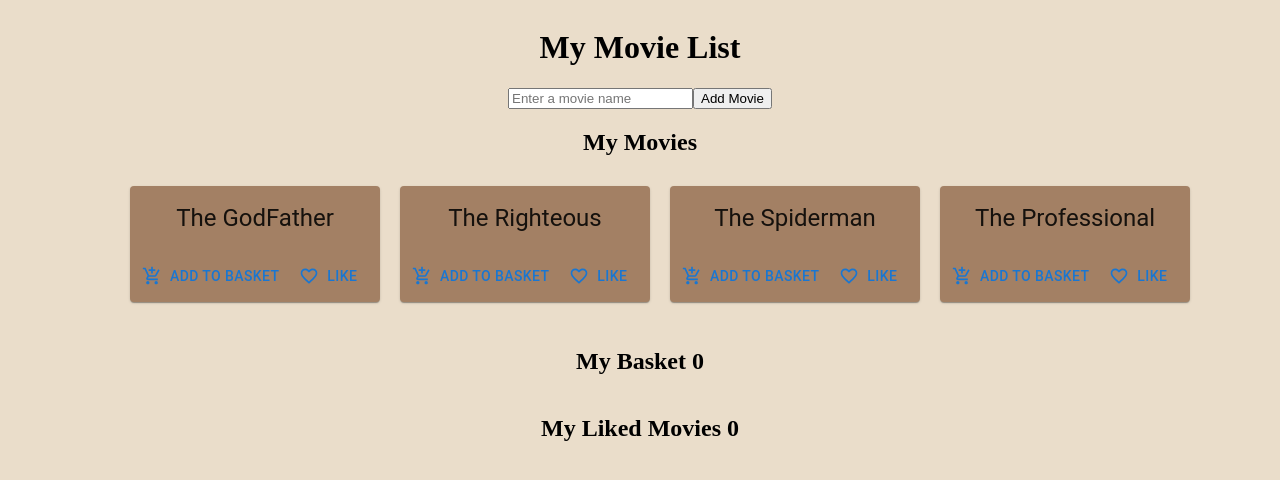
Repository: sinchana-p-iVoyant/redux-movie-store
Page: /
An editor plug-in stored every save of this project. The page is shown before and after the next save, followed by the edit.
The browser window is 1280 px wide. The pictures show the whole page.
The project was rebuilt for these pictures with package versions that can differ from the ones it lists, and the page was loaded fresh each time. Also part of the build but not shown: vite.config.ts.

Above is the page before, as saved 2024-02-15 12:29:15.

### index.html
<!doctype html>
<html lang="en">
  <head>
    <meta charset="UTF-8" />
    <link rel="icon" type="image/svg+xml" href="/vite.svg" />
    <meta name="viewport" content="width=device-width, initial-scale=1.0" />
    <title>Redux Movie Store</title>
  </head>
  <body>
    <div id="root"></div>
    <script type="module" src="/src/main.tsx"></script>
  </body>
</html>

### src/main.tsx
import React from 'react'
import ReactDOM from 'react-dom/client'
import App from './App.tsx'
// import './index.css'
import store from './store/index';
import { Provider } from 'react-redux'


ReactDOM.createRoot(document.getElementById('root')!).render(
  <React.StrictMode>
    <Provider store={store}>
      <App />
    </Provider>
  </React.StrictMode>,
)

### src/App.tsx
import { useState } from "react";
// import './App.css'
import { useSelector, useDispatch } from "react-redux";
import {Movie} from './store/index'
import {Card, CardComponent, CardActions, Button, Typography, CardContent} from '@mui/material'
import { Favorite, FavoriteBorder, AddShoppingCart, RemoveShoppingCart } from "@mui/icons-material";
import './App.css'

const App = () => {
  const [movieTitle, setMovieTitle] = useState("");

  // 🔥 a. To Trigger from UI.
  const dispatch = useDispatch();

  // 🔥 b. To update the UI, based on state updates in the store.

  // movies state (array)
  // const movies = useSelector(state => state.movies)
  // ------> return value: state.movies

  // Note:
  // The function passed to `useSelector` selects a slice of the state that we are interested in.
  // The function parameter specifies the `structure` of the Redux state object.
  // It's `type` annotated in TypeScript to ensure the type safety.
  // specifying the structure of the Redux state object using TypeScript type annotations enhances code quality, readability, and maintainability while providing additional safety checks and tooling support during development.

  const movies = useSelector(
    (state : {
      movies: { title: string; liked: boolean; inBasket: boolean }[];
    }) => state.movies
  );

  // const basket = useSelector((state) => state.basket);
  const basket = useSelector((state: { basket: string[] }) => state.basket);

  // const likedMovies = useSelector((state) => state.likedMovies);
  const likedMovies = useSelector((state: { likedMovies: string[] }) => state.likedMovies);


  // 4. Action Creator
  const handleAddMovie = () => {
    const newMovie = {
      title: movieTitle,
      inBasket: false,
      liked: false
    }
    dispatch({ type: "ADD_MOVIE", payload: newMovie });
    setMovieTitle(""); // Reset back to Empty String
  };

  const handleAddToBasket = (movie: string) => {
    dispatch({ type: "ADD_TO_BASKET", payload: movie });
  };
  const handleAddToLikedMovies = (movie: string) => {
    dispatch({ type: "ADD_TO_LIKED_MOVIE", payload: movie });
  };

  return (
    <div className="container">
      <div>
        <h1>My Movie List</h1>
      </div>
      <div className="add-movie">
        <input
          type="text"
          placeholder="Enter a movie name"
          value={movieTitle}
          onChange={(e) => setMovieTitle(e.target.value)}
        />
        <button onClick={handleAddMovie}>Add Movie</button>
      </div>
      <div>
        <h2>My Movies</h2>
        <ul className="movie-list">
          {movies.map((movie: Movie, index) => (
            <Card key={index} className="movie-card" style={{backgroundColor: "#a38064"}}>
              <CardContent>
                <Typography variant="h5" component='h2'>
                  {movie.title}
                </Typography>
              </CardContent>

              <CardActions>
                <Button
                  startIcon={movie.inBasket ? <RemoveShoppingCart /> : <AddShoppingCart />}
                  onClick={() => handleAddToBasket(movie.title)}>
                  {movie.inBasket ? "Remove From Basket" : "Add To Basket"}
                </Button>
                <Button
                  startIcon={movie.liked ? <Favorite /> : <FavoriteBorder />}
                  onClick={() => handleAddToLikedMovies(movie.title)}>
                  {movie.liked ? "Dislike" : "Like"}
                </Button>
              </CardActions>

            </Card>
          ))}
        </ul>
      </div>
      <div>
        <h2>My Basket {basket.length}</h2>
        <ul>
          {basket.map((basket, index) => (
            <li key={index}>{basket}</li>
          ))}
        </ul>
      </div>
      <div>
        <h2>My Liked Movies {likedMovies.length}</h2>
        <ul>
          {likedMovies.map((likedMovie, index) => (
            <li key={index}>{likedMovie}</li>
          ))}
        </ul>
      </div>
    </div>
  );
};

export default App;

// 1. Save the new movie in the local state.
// 2. Add the new movie in local state to the Store.
// 3. Fetch the movies array, from the store

// 3. a. To display in - My Basket & My Liked Movies

### src/store/index.tsx
import { createStore } from "redux";

export type Movie = {
    title: string,
    inBasket: boolean,
    liked: boolean
}

export type State = {
    movies: Movie[],
    basket: string[],
    likedMovies: string[]
}

type Action =
  | { type: "ADD_MOVIE"; payload: Movie } |
    { type: 'ADD_TO_BASKET', payload: string } |
    { type: "ADD_TO_LIKED_MOVIE", payload: string };

// InitialState
const initialState: State = {
    movies: [
      {title: 'The GodFather', inBasket: false, liked: false},
      {title: 'The Righteous', inBasket: false, liked: false},
      {title: 'The Spiderman', inBasket: false, liked: false},
      {title: 'The Professional', inBasket: false, liked: false},
    ],
    basket: [],
    likedMovies: []
}

// Reducers - Make Immutable Updates
const reducer = (state: State = initialState, action: Action): State => {
  switch (action.type) {
    case 'ADD_MOVIE':
      return {
        ...state,
        movies: [...state.movies, action.payload]
      }
    case 'ADD_TO_BASKET':
      return {
        ...state,
          movies: state.movies.map(movie => movie.title === action.payload ? {...movie, inBasket: !movie.inBasket } : movie),
        basket: state.basket.includes(action.payload) ? state.basket.filter(movie => movie !== action.payload) : [...state.basket, action.payload]
      }
    case 'ADD_TO_LIKED_MOVIE':
      return {
        ...state,
        movies: state.movies.map(movie => movie.title === action.payload ? {...movie, liked: !movie.liked} : movie) ,
        likedMovies: state.likedMovies.includes(action.payload) ? state.likedMovies.filter(movie => movie !== action.payload) :  [...state.likedMovies, action.payload]
      }
    default:
      return state
  }
}

// Store
const store = createStore(reducer)
export default store

// 1. State
// 2. Reducer
// 3. Store

### src/App.css
body {
  background-color: #EADDCA;
}

h1, h2{
  text-align: center;
}

.container {
  display: flex;
  flex-direction: column;
  align-items: center;
  justify-content: center;
}

.movie-list {
  display: flex;
  flex-wrap: wrap;
  justify-content: center;
}

.movie-card {
  width: 250px;
  margin: 10px;
}

.card-content {
  padding: 16px;
}

.card-actions {
  display: flex;
  justify-content: space-between;
}


















/* #root {
  max-width: 1280px;
  margin: 0 auto;
  padding: 2rem;
  text-align: center;
} */

/*
.logo {
  height: 6em;
  padding: 1.5em;
  will-change: filter;
  transition: filter 300ms;
}
.logo:hover {
  filter: drop-shadow(0 0 2em #646cffaa);
}
.logo.react:hover {
  filter: drop-shadow(0 0 2em #61dafbaa);
}

@keyframes logo-spin {
  from {
    transform: rotate(0deg);
  }
  to {
    transform: rotate(360deg);
  }
}

@media (prefers-reduced-motion: no-preference) {
  a:nth-of-type(2) .logo {
    animation: logo-spin infinite 20s linear;
  }
}

.card {
  padding: 2em;
}

.read-the-docs {
  color: #888;
} */

/* ------------------------- */

After the next save:
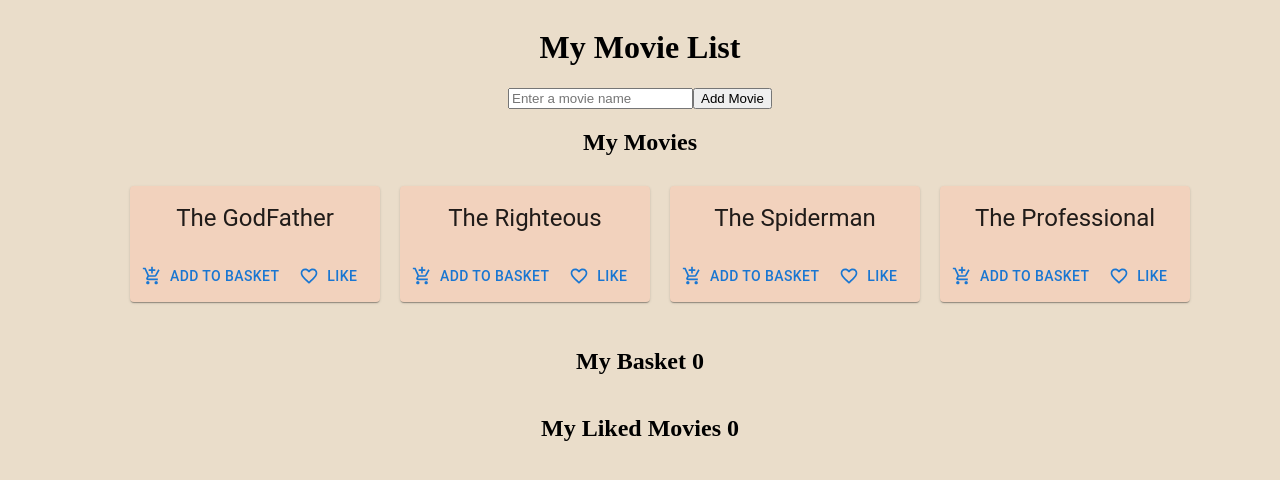
Saved 21 s later.
--- a/src/App.tsx
+++ b/src/App.tsx
@@ -73,7 +73,7 @@ const App = () => {
         <h2>My Movies</h2>
         <ul className="movie-list">
           {movies.map((movie: Movie, index) => (
-            <Card key={index} className="movie-card" style={{backgroundColor: "#a38064"}}>
+            <Card key={index} className="movie-card" style={{backgroundColor: "#F2D2BD"}}>
               <CardContent>
                 <Typography variant="h5" component='h2'>
                   {movie.title}
